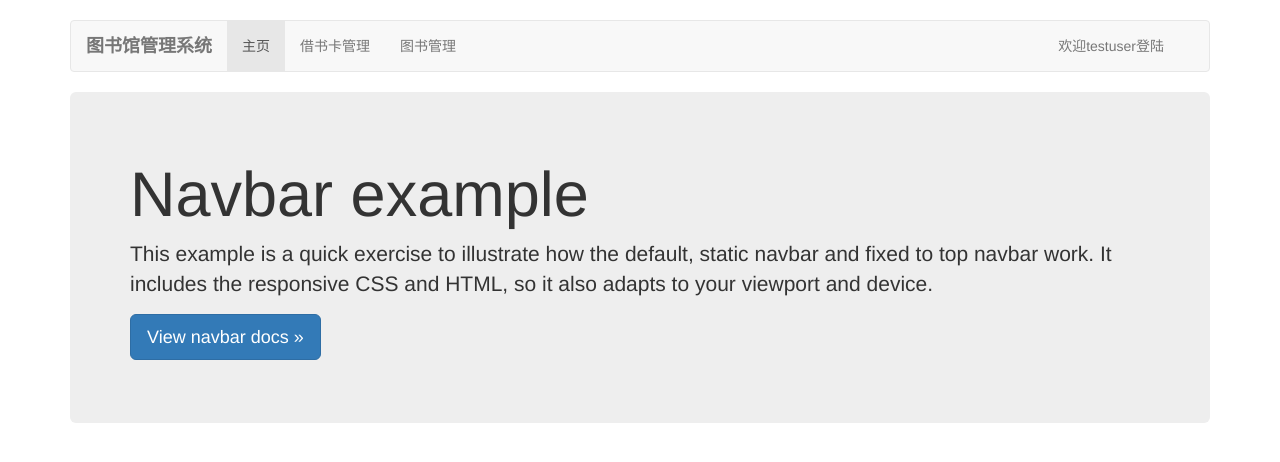
Repository: chaice/code
Page: http://localhost/web5/home
The author's editor kept a copy of each file at every save. The page is drawn from the files as they stood at one save, then again after the next save.
The browser window is 1280 px wide. The pictures show the whole page.
Some web libraries are served in a nearby version. The page is served by Tomcat 9. The session is filled in as if someone had signed in: {"username": "testuser"}. Other server files are loaded and not shown.

Above is the page before, as saved 2016-06-02 07:06:06.

### web5/WebContent/WEB-INF/views/home.jsp
<%@ page language="java" contentType="text/html; charset=UTF-8"
	pageEncoding="UTF-8"%>
<!DOCTYPE html>
<html>
<head>
<meta charset="UTF-8">
<title>主页</title>
<%@ include file="head.jsp"%>
        <div class="jumbotron">
        <h1>Navbar example</h1>
        <p>This example is a quick exercise to illustrate how the default, static navbar and fixed to top navbar work. It includes the responsive CSS and HTML, so it also adapts to your viewport and device.</p>
        <p>
          <a class="btn btn-lg btn-primary" href="../../components/#navbar" role="button">View navbar docs &raquo;</a>
        </p>
      </div>
    </div>
    <script src="//cdn.bootcss.com/jquery/1.11.3/jquery.min.js"></script>
    <script src="//cdn.bootcss.com/bootstrap/3.3.5/js/bootstrap.min.js"></script>
<script>
	$("ul>li:nth-child(1)").addClass("active");
</script>
</body>
</html>

### web5/WebContent/WEB-INF/views/head.jsp
<%@ page language="java" contentType="text/html; charset=UTF-8"
	pageEncoding="UTF-8"%>
<link href="//cdn.bootcss.com/bootstrap/3.3.5/css/bootstrap.min.css"
	rel="stylesheet">
<style>
body {
	padding-top: 20px;
	padding-bottom: 20px;
}

.navbar {
	margin-bottom: 20px;
}
</style>
</head>

<body>
	<%
		String name = (String) session.getAttribute("username");

	%>
	<div class="container">
		<nav class="navbar navbar-default">
			<div class="container-fluid">
				<div class="navbar-header">
					<strong class="navbar-brand">图书馆管理系统</strong>
				</div>
				<div id="navbar" class="navbar-collapse collapse">
					<ul class="nav navbar-nav">
						<li><a href="/home">主页</a></li>
						<li><a href="/card">借书卡管理</a></li>
						<li><a href="/book">图书管理</a></li>
					</ul>
					<ol style="float:right" class="nav navbar-nav"><li><a>欢迎<%=name%>登陆</a></li></ol>
				</div>
				<div id="navbar" class="navbar-collapse collapse" ></div>
			</div>
		</nav>

### web5/src/com/ccit/myservlet/Home.java
package com.ccit.myservlet;

import java.io.IOException;
import javax.servlet.ServletException;
import javax.servlet.http.HttpServlet;
import javax.servlet.http.HttpServletRequest;
import javax.servlet.http.HttpServletResponse;

public class Home extends HttpServlet {
	private static final long serialVersionUID = 1L;

    public Home() {
        super();

    }


	protected void doGet(HttpServletRequest request, HttpServletResponse response) throws ServletException, IOException {
		request.getRequestDispatcher("/WEB-INF/views/home.jsp").forward(request, response);
	}



}

After the next save:
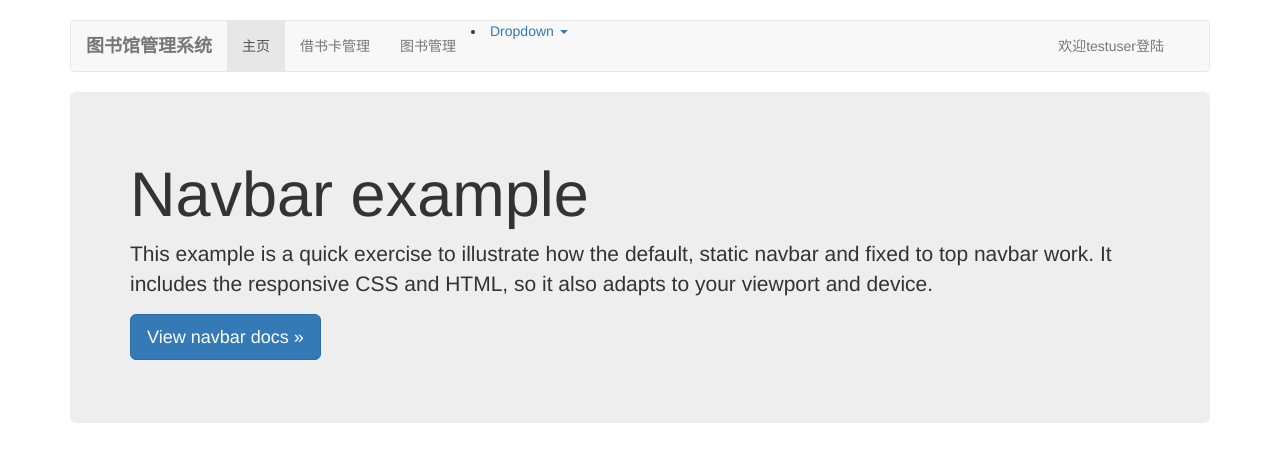
Saved 45 min 35 s later.
--- a/web5/WebContent/WEB-INF/views/head.jsp
+++ b/web5/WebContent/WEB-INF/views/head.jsp
@@ -32,6 +32,18 @@ body {
 						<li><a href="/book">图书管理</a></li>
 					</ul>
 					<ol style="float:right" class="nav navbar-nav"><li><a>欢迎<%=name%>登陆</a></li></ol>
+                    <li class="dropdown">
+                <a href="#" class="dropdown-toggle" data-toggle="dropdown" role="button" aria-haspopup="true" aria-expanded="false">Dropdown <span class="caret"></span></a>
+                <ul class="dropdown-menu">
+                  <li><a href="#">Action</a></li>
+                  <li><a href="#">Another action</a></li>
+                  <li><a href="#">Something else here</a></li>
+                  <li role="separator" class="divider"></li>
+                  <li class="dropdown-header">Nav header</li>
+                  <li><a href="#">Separated link</a></li>
+                  <li><a href="#">One more separated link</a></li>
+                </ul>
+              </li>
 				</div>
 				<div id="navbar" class="navbar-collapse collapse" ></div>
 			</div>
